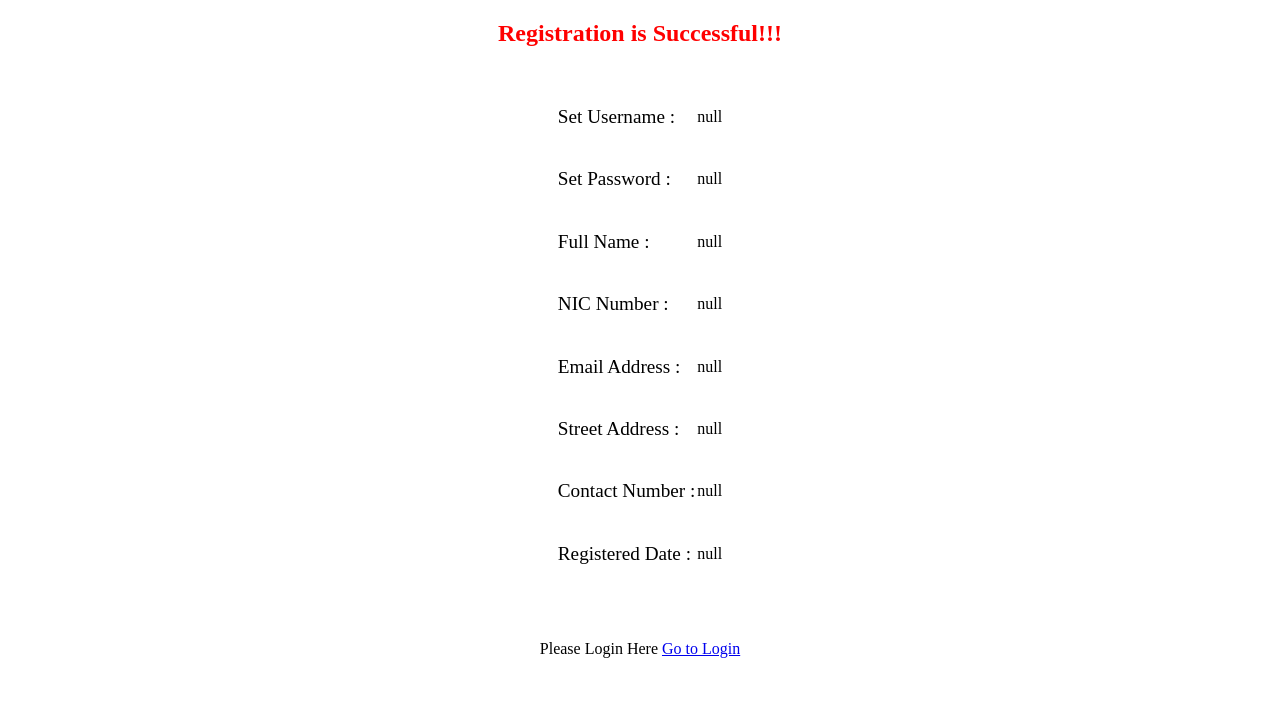
Repository: nirmaniPathiranage/CSSE-Procurement-Management
Page: http://localhost/Item_Management/Welcome.jsp
An editor plug-in stored every save of this project. The page is shown before and after the next save, followed by the edit.
The browser window is 1280 px wide. The pictures show the whole page.
The page is served by Tomcat 9. Other server files are loaded and not shown.

Above is the page before, as saved 2019-09-29 18:17:58.
Console error: SyntaxError: Unexpected token '{'

### Item_Management/WebContent/Welcome.jsp
<%@ page language="java" contentType="text/html; charset=ISO-8859-1"
	pageEncoding="ISO-8859-1"%>
<!DOCTYPE html>
<html>
<head>
<meta http-equiv="Content-Type" content="text/html; charset=ISO-8859-1">
<title>Welcome Registration</title>
<script>
body{

	background:url('back.jpg');
	background-size: cover;
}
td{
	width:60%;
	height:60px;
}
</script>
</head>
<body>
	<h2>
		<center>
			<font color="red">Registration is Successful!!!</font>
		</center>
	</h2>
	<br>
	<%
		String userName = request.getParameter("username");
		String passWord = request.getParameter("password");
		String fullName = request.getParameter("fullname");
		String NICno = request.getParameter("nicno");
		String emailAddress = request.getParameter("emailaddress");
		String streetAddress = request.getParameter("streetaddress");
		String contactNo = request.getParameter("contactno");
		String regDate = request.getParameter("regdate");
	%>
	<table id="nat" align="center" border="0" cellpadding="0" style:width="50%">
		<tr height="0px">
			<td><p style="font-size: larger">Set Username  : </td>
			<td><%=userName%></td>
		</tr>
		<tr height="0px">
			<td><p style="font-size: larger">Set Password  : </td>
			<td><%=passWord%></td>
		</tr>
		<tr height="0px">
			<td><p style="font-size: larger">Full Name  : </td>
			<td><%=fullName%></td>
		</tr>
		<tr height="0px">
			<td><p style="font-size: larger">NIC Number  : </td>
			<td><%=NICno%></td>
		</tr>
		<tr height="0px">
			<td><p style="font-size: larger">Email Address  : </td>
			<td><%=emailAddress%></td>
		</tr>
		<tr height="0px">
			<td><p style="font-size: larger">Street Address  : </td>
			<td><%=streetAddress%></td>
		</tr>
		<tr height="0px">
			<td><p style="font-size: larger">Contact Number  : </td>
			<td><%=contactNo%></td>
		</tr>
		<tr height="0px">
			<td><p style="font-size: larger">Registered Date  : </td>
			<td><%=regDate%></td>
		</tr>
	</table>
	<br>
	<br>
	<br><center>Please Login Here
	<a href='Login.jsp'>Go to Login</a></center>
</body>
</html>

After the next save:
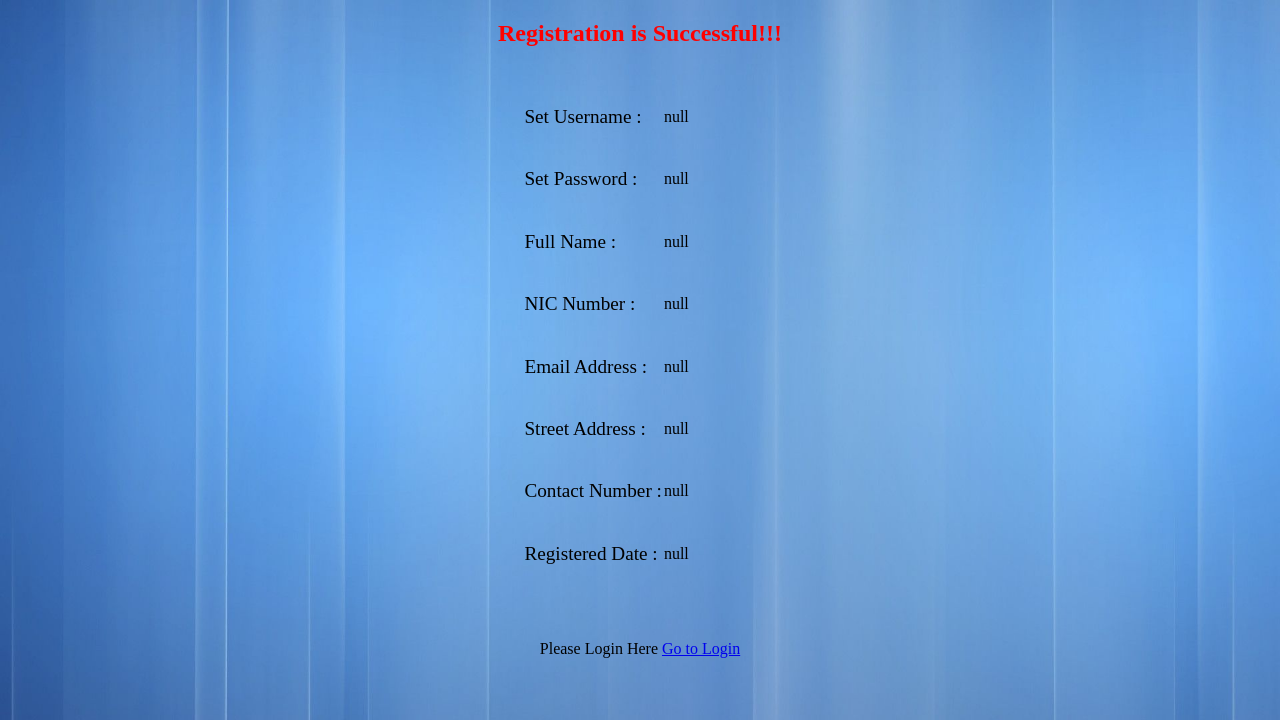
The error is gone.
Saved 83 s later.
--- a/Item_Management/WebContent/Welcome.jsp
+++ b/Item_Management/WebContent/Welcome.jsp
@@ -5,7 +5,7 @@
 <head>
 <meta http-equiv="Content-Type" content="text/html; charset=ISO-8859-1">
 <title>Welcome Registration</title>
-<script>
+<style>
 body{
 
 	background:url('back.jpg');
@@ -15,7 +15,7 @@ td{
 	width:60%;
 	height:60px;
 }
-</script>
+</style>
 </head>
 <body>
 	<h2>
